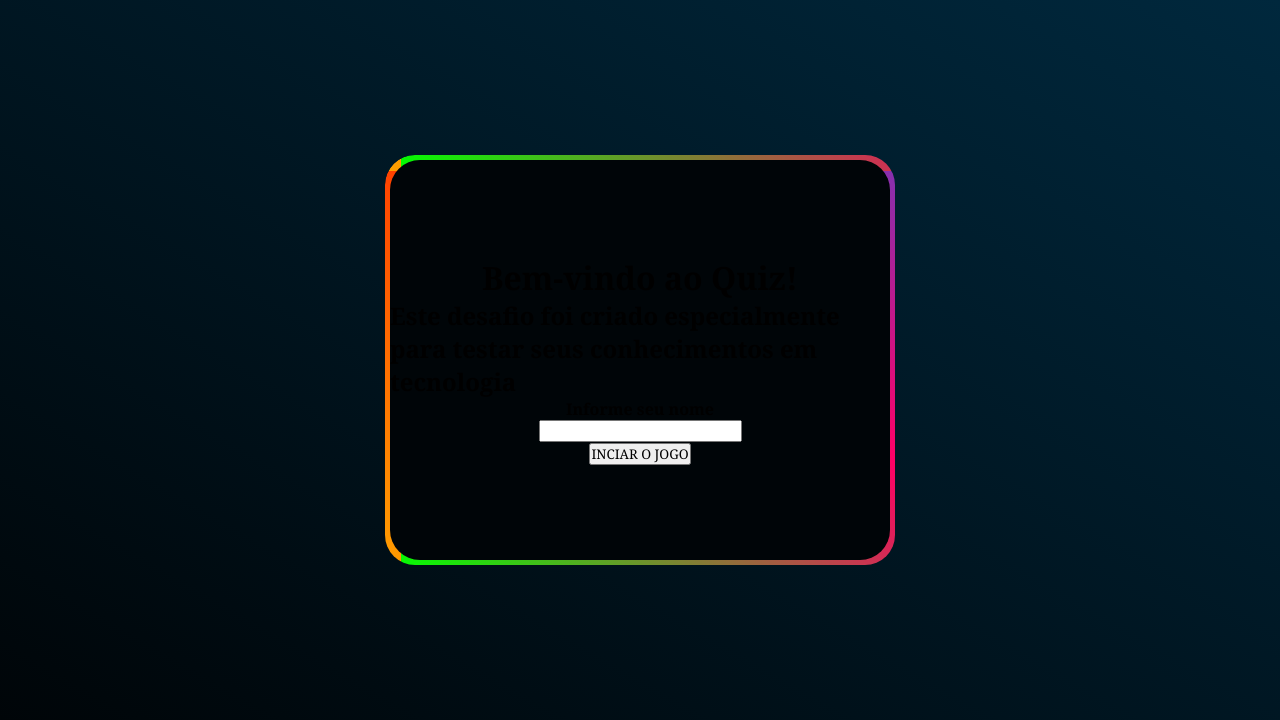
Repository: LaisSilvaO/Projeto-Quizz
Page: telas/apresentação.html
An editor plug-in stored every save of this project. The page is shown before and after the next save, followed by the edit.
The browser window is 1280 px wide. The pictures show the whole page.

Above is the page before, as saved 2024-12-25 20:59:48.

### telas/apresentação.html
<!DOCTYPE html>
<html lang="pt-br">

<head>
    <meta charset="UTF-8">
    <meta name="viewport" content="width=device-width, initial-scale=1.0">
    <title>Quiz</title>
    <link rel="stylesheet" href="../img/tela.css">
</head>

<body>
    <div class="box1">
        <div class="box2">
            <H1> Bem-vindo ao Quiz!</H1>

            <h2>Este desafio foi criado especialmente para testar seus conhecimentos em tecnologia


            </h2>
            <h4>Informe seu nome </h4>
            <input type="text" id="nome">
            <A href="index.html">
                <h4><button>INCIAR O JOGO</button></h4>
            </A>
        </div>
    </div>

</body>

</html>

### img/tela.css
* {
  margin: 0;
  padding: 0;
  box-sizing: border-box;
  font-family: Cambria, Cochin, Georgia, Times, 'Times New Roman', serif;
}

body {
  height: 100vh;
  display: flex;
  justify-content: center;
  align-items: center;
  background: linear-gradient(210deg, #00283d, #000508);
}

main {
  background-color: white;
  padding: 10px;
  border-radius: 10px;
  width: 100%;
  max-width: 600px;
  min-height: 400px;
  display: flex;
  justify-content: center;
  align-items: center;
}

.box1{
  position: relative;
  width: 510px;
  height: 410px;

  border-radius: 30px;
  display: flex;
  justify-content: center;
  align-items: center;
  flex-direction: column;
  overflow: hidden;

}
.box2 {
  position: relative;
  width: 500px;
  height: 400px;
  background-color: #000508;
  border-radius: 30px;
  display: flex;
  justify-content: center;
  align-items: center;
  flex-direction: column;
  overflow: hidden;
}

/* Borda animada externa */
.box1::before {
  content: '';
  position: absolute;
  top: 0;
  left: 0;
  width: 100%;
  height: 100%;
  border-radius: 30px;
  border: 16px solid transparent; /* Espessura da borda aumentada */
  background-image: linear-gradient(45deg, #00ff00, #ff0066, #0066ff, #ffcc00, hsl(15, 100%, 50%));
  background-size: 400%; /* Aumenta o tamanho da animação da borda */
  animation: borderAnimation 3s linear 2s infinite alternate;
  z-index: -1; /* Garante que a borda fique atrás do conteúdo */
}

@keyframes borderAnimation {
  0% {
    top: 0px;
    left: 0px;
}
25% {
    top: 0px;
    left: 500px; /* Canto superior direito */
}
50% {
    top: 0px;
    left: 0px; /* Canto inferior direito */
}
75% {
    top: 500px;
    left: 0px; /* Canto inferior esquerdo */
}
100% {
    top: 0px;
    left: 0px;  /* Retorna ao canto superior esquerdo */
}
}

After the next save:
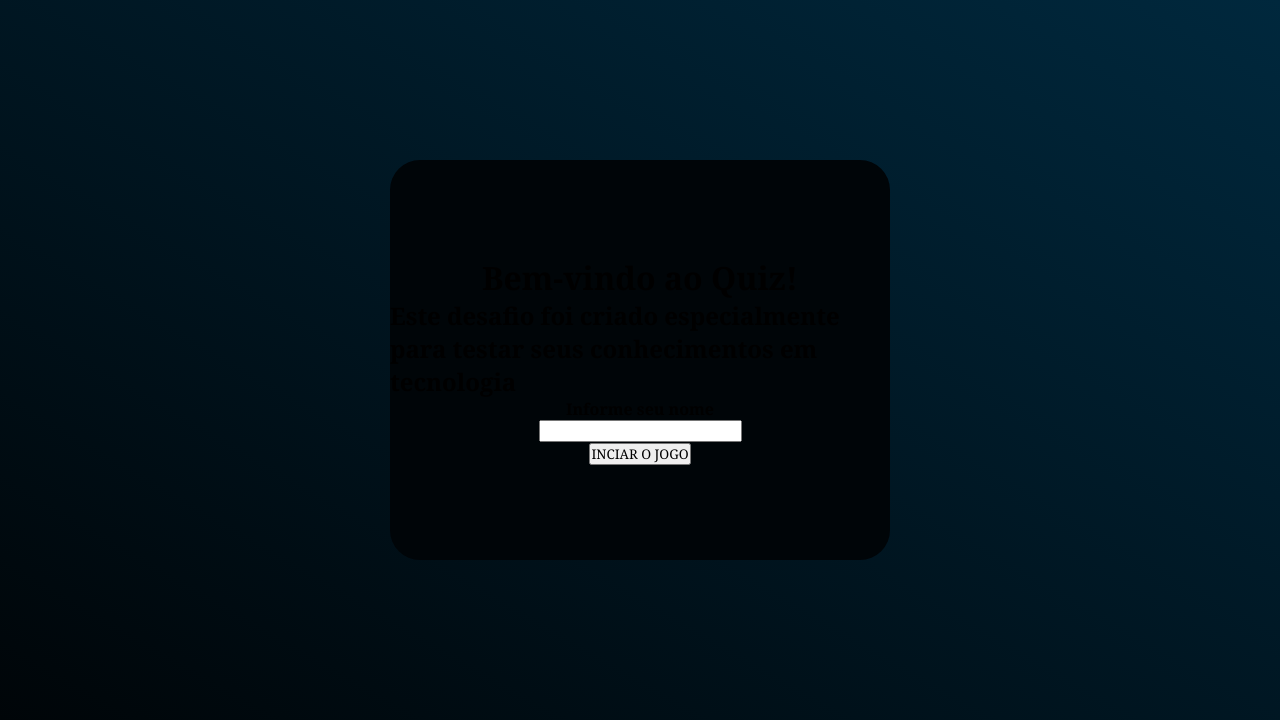
Saved 20 s later.
--- a/img/tela.css
+++ b/img/tela.css
@@ -69,7 +69,7 @@
 
 @keyframes borderAnimation {
   0% {
-    top: 0px;
+    top: 500px;
     left: 0px;
 }
 25% {
@@ -85,7 +85,7 @@
     left: 0px; /* Canto inferior esquerdo */
 }
 100% {
-    top: 0px;
+    top: 500px;
     left: 0px;  /* Retorna ao canto superior esquerdo */
 }
 }

After the 2 saves that followed:
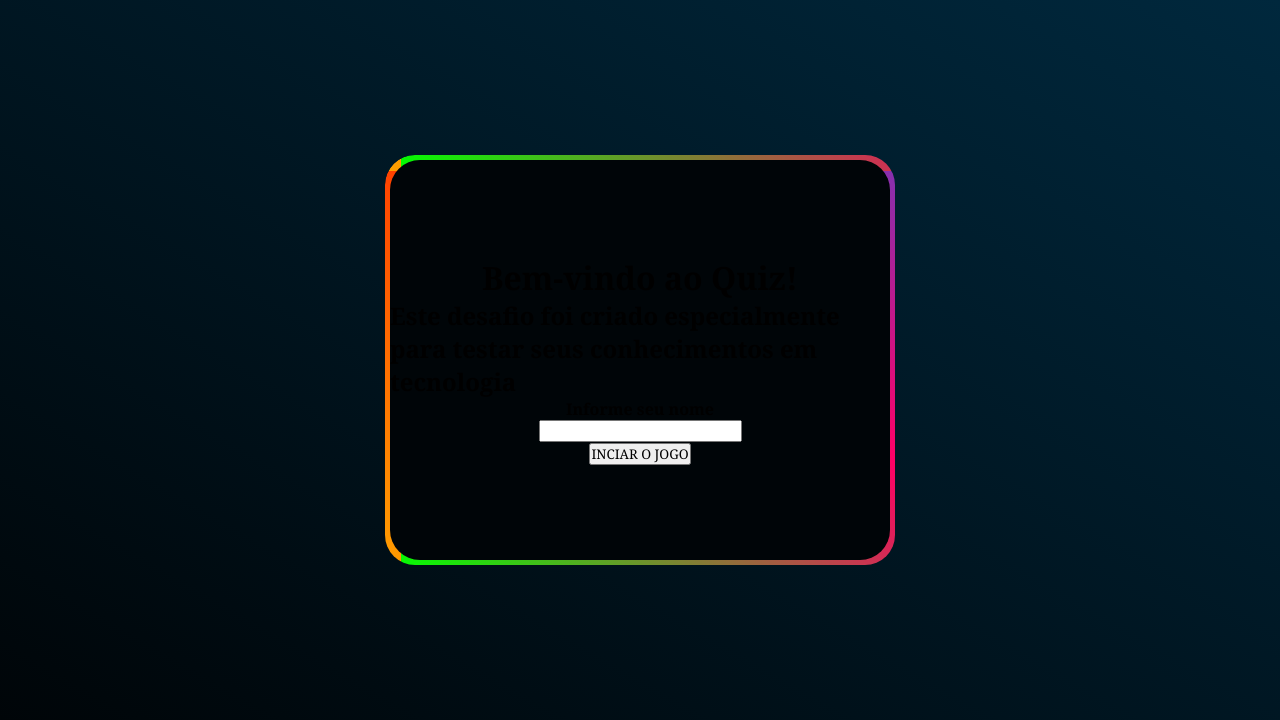
The 2 saves are shown as one change because 1 left the picture as it was.
The last was saved 52 s later.
--- a/img/tela.css
+++ b/img/tela.css
@@ -63,13 +63,13 @@
   border: 16px solid transparent; /* Espessura da borda aumentada */
   background-image: linear-gradient(45deg, #00ff00, #ff0066, #0066ff, #ffcc00, hsl(15, 100%, 50%));
   background-size: 400%; /* Aumenta o tamanho da animação da borda */
-  animation: borderAnimation 3s linear 2s infinite alternate;
+  animation: borderAnimation 3s linear 2s infinite ;
   z-index: -1; /* Garante que a borda fique atrás do conteúdo */
 }
 
 @keyframes borderAnimation {
   0% {
-    top: 500px;
+    top: 0px;
     left: 0px;
 }
 25% {
